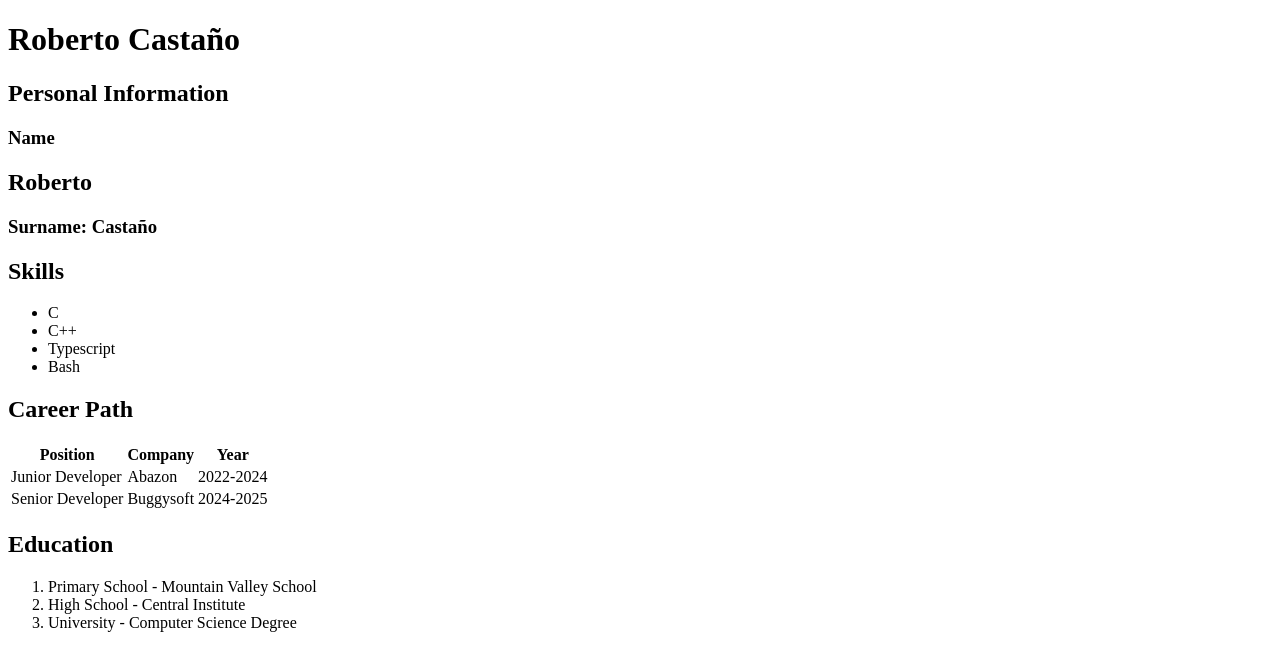
Repository: cronopi/django
Page: Training-Python-Django-0 1/ex01/cv.html
The author's editor kept a copy of each file at every save. The page is drawn from the files as they stood at one save, then again after the next save.
The browser window is 1280 px wide. The pictures show the whole page.

Above is the page before, as saved 2026-03-10 12:22:31.

### Training-Python-Django-0 1/ex01/cv.html
<!DOCTYPE html>
<html>

<head>
	<title>Resume - Roberto Castaño</title>
</head>

<body>
	<h1>Roberto Castaño</h1>

	<h2>Personal Information</h2>
	<h3>
		Name
		<h2>Roberto</h2>
	</h3>
	<h3>
		Surname: Castaño
	</h3>

	<h2>Skills</h2>
	<ul>
		<li>C</li>
		<li>C++</li>
		<li>Typescript</li>
		<li>Bash</li>
	</ul>

	<h2>Career Path</h2>
	<table>
		<tr>
			<th>Position</th>
			<th>Company</th>
			<th>Year</th>
		</tr>
		<tr>
			<td>Junior Developer</td>
			<td>Abazon</td>
			<td>2022-2024</td>
		</tr>
		<tr>
			<td>Senior Developer</td>
			<td>Buggysoft</td>
			<td>2024-2025</td>
		</tr>
	</table>

	<h2>Education</h2>
	<ol>
		<li>Primary School - Mountain Valley School</li>
		<li>High School - Central Institute</li>
		<li>University - Computer Science Degree</li>
	</ol>
</body>

</html>

After the next save:
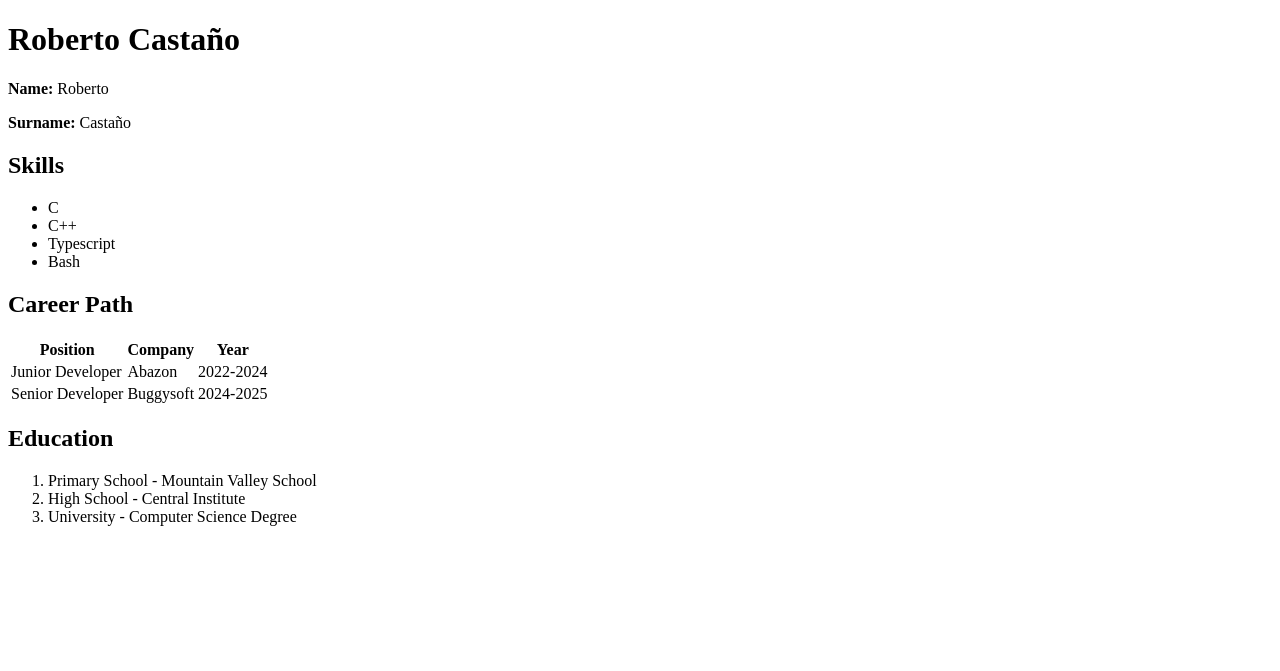
Saved 69 s later.
--- a/Training-Python-Django-0 1/ex01/cv.html
+++ b/Training-Python-Django-0 1/ex01/cv.html
@@ -8,14 +8,8 @@
 <body>
 	<h1>Roberto Castaño</h1>
 
-	<h2>Personal Information</h2>
-	<h3>
-		Name
-		<h2>Roberto</h2>
-	</h3>
-	<h3>
-		Surname: Castaño
-	</h3>
+	<p><strong>Name:</strong> Roberto</p>
+	<p><strong>Surname:</strong> Castaño</p>
 
 	<h2>Skills</h2>
 	<ul>
